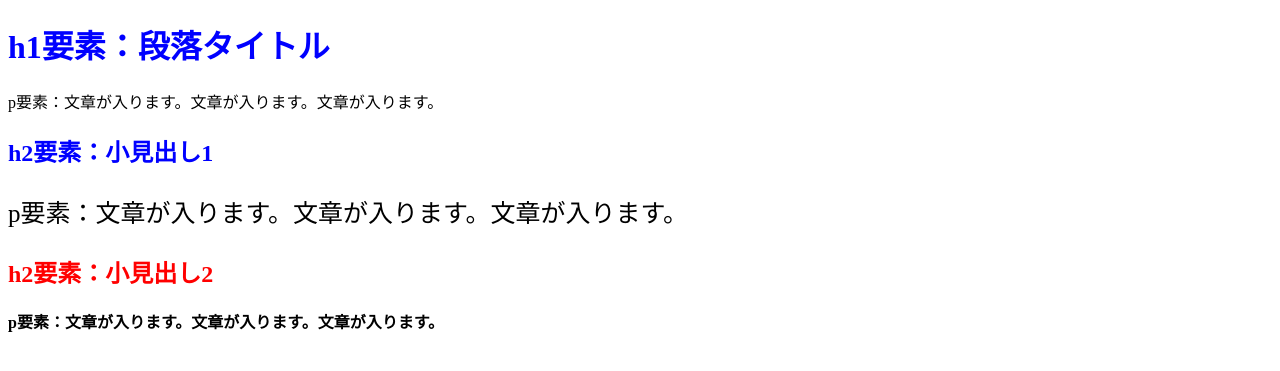
Repository: KAZMA5/samurai_HTML-CSS
Page: 20210325/bb.html
The author's editor kept a record of every edit. The page is drawn from the files as they stood at one moment, then again after the next edit.
The browser window is 1280 px wide. The pictures show the whole page.

Above is the page before.

After the next edit:
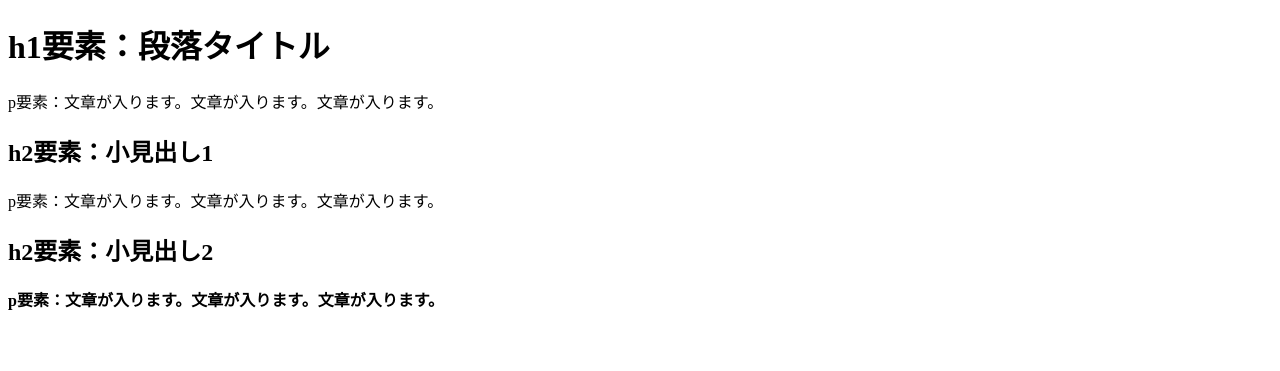
The edit:
--- a/20210325/bb.html
+++ b/20210325/bb.html
@@ -3,20 +3,12 @@
     <head>
         <meta charset="UTF-8">
         <title>HTML/CSSの学習</title>
-       <style>
-      #red{
-        color: red;
-      }
-        .blue{
-        color: blue;
-        }
-        </style>
     </head>
     <body>
         <h1 class="blue">h1要素：段落タイトル</h1>
         <p>p要素：文章が入ります。文章が入ります。文章が入ります。</p>
         <h2 class="blue">h2要素：小見出し1</h2>
-        <p style="font-size: 25px;">
+        <p class="fs-25">
             p要素：文章が入ります。文章が入ります。文章が入ります。
         </p>
         <h2 id="red">h2要素：小見出し2</h2>
